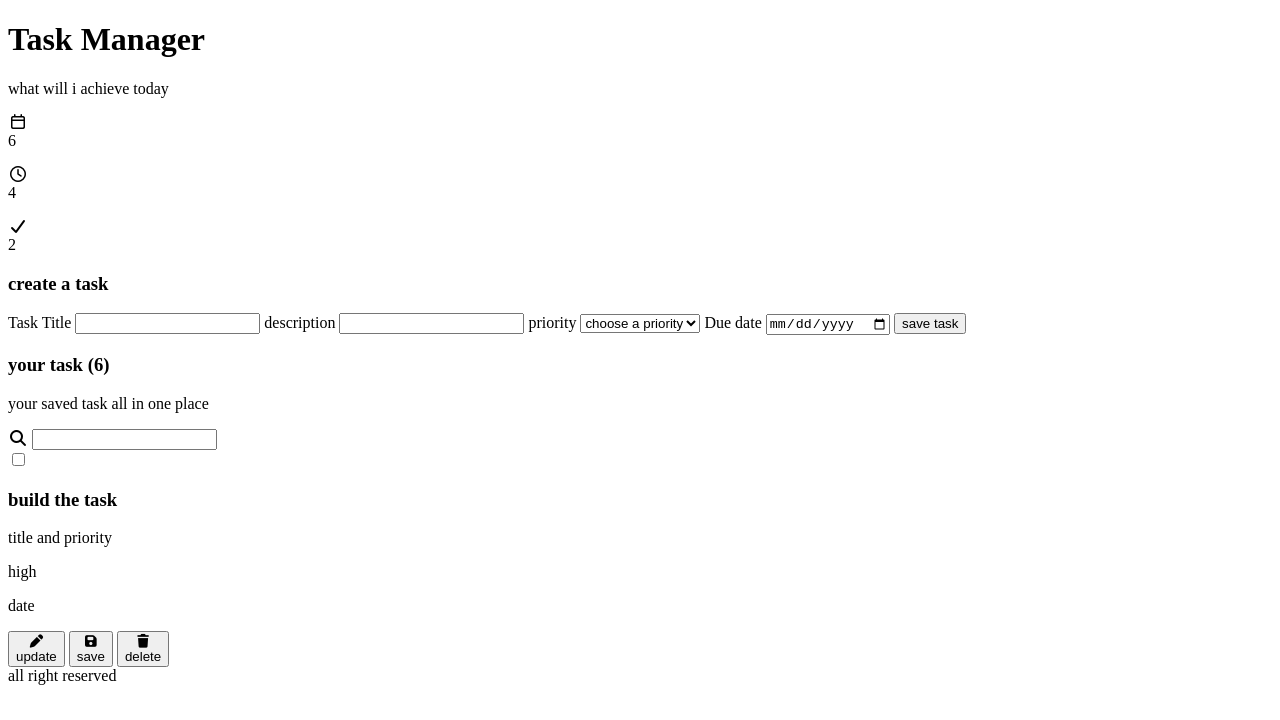
Repository: XDENTERTAINMENT/task-manager-groupwork
Page: index.html
An editor plug-in stored every save of this project. The page is shown before and after a run of saves, followed by the edit.
The browser window is 1280 px wide. The pictures show the whole page.

Above is the page before, as saved 2026-10-23 22:11:43.

### index.html
<!DOCTYPE html>
<html lang="en">
<head>
    <meta charset="UTF-8">
    <meta name="viewport" content="width=device-width, initial-scale=1.0">
    <title>Personal-Task-Manager</title>
    <link rel="stylesheet" href="https://cdnjs.cloudflare.com/ajax/libs/font-awesome/7.3.1/css/all.min.css" integrity="sha512-QeR2VH+lsBE5LSAe1Q5EnTBbe7XTBubt8dG93Y7gidSgdMCr8nVqKcfKAMyN96SV8KDbZVTDXChatu5G2KQGzg==" crossorigin="anonymous" referrerpolicy="no-referrer">
</head>
<body>

   <header>
    <h1>Task Manager</h1>
    <p>what will i achieve today</p>
   </header>
    <!-- the main -->
   <main>
    <section class="section1">
        <div>

        <p id="total-task"> <div><i class="fa-regular fa-calendar"></i></div>6</p>
        </div>

        <div>
        <p id="pending-task"> <div> <i class="fa-regular fa-clock"></i></div>4</p>
        </div>

        <div>
        <p  id="completed-task"> <div><i class="fa-solid fa-check"></i></div>2</p>
        </div>
    </section>



    <!-- section 2 -->
    <section  class="section2">

        <!-- the create task section -->
      <div class="create-task">

          <div>
            <h3>create a task</h3>
        </div>
       <form action="submit">

           <label for="title">
             Task Title
            <input type="text"  id="title-input">
           </label>


           <label for="description">
                   description
            <input type="text"  id="description-input">
           </label>

           <label for="priority">

            priority
             <select name="" id="">
                <option value="">choose a priority</option>
                <option value=""> High</option>
                <option value=""> Medium</option>
                <option value="">  low</option>
             </select>
           </label>

           <label for="date">
            Due date
            <input type="date">
           </label>

     <button class="form-button"> save task</button>
       </form>
    <div>




      <!-- task mapping -->

        <div class="task-mapping">

              <h3> your task (6)</h3>
        <p> your saved task all in one place</p>
        <div>
            <i class="fa-solid fa-magnifying-glass"></i>
            <input  type="search">
        </div>



        <!-- the card -->
         <div class="card">
            <input type="checkbox">
            <div>

                <h3> build the task</h3>
                <p>title and priority</p>
                <p id="priority"> high</p></div>
                <p> date</p>


         </div>
<!-- the inline editing -->
         <div>
            <button><div><i class="fa-solid fa-pen"></i></div>update</button>
            <button  class="save"> <div><i class="fa-solid fa-floppy-disk"></i></div>save</button>
            <button class="delete"> <div><i class="fa-solid fa-trash"></i></div>delete</button>

         </div>

        </div>



</div>

    </section>
   </main>

   <!-- the footer -->
   <footer>
    all right reserved
   </footer>
</body>
</html>

After the next 2 saves:
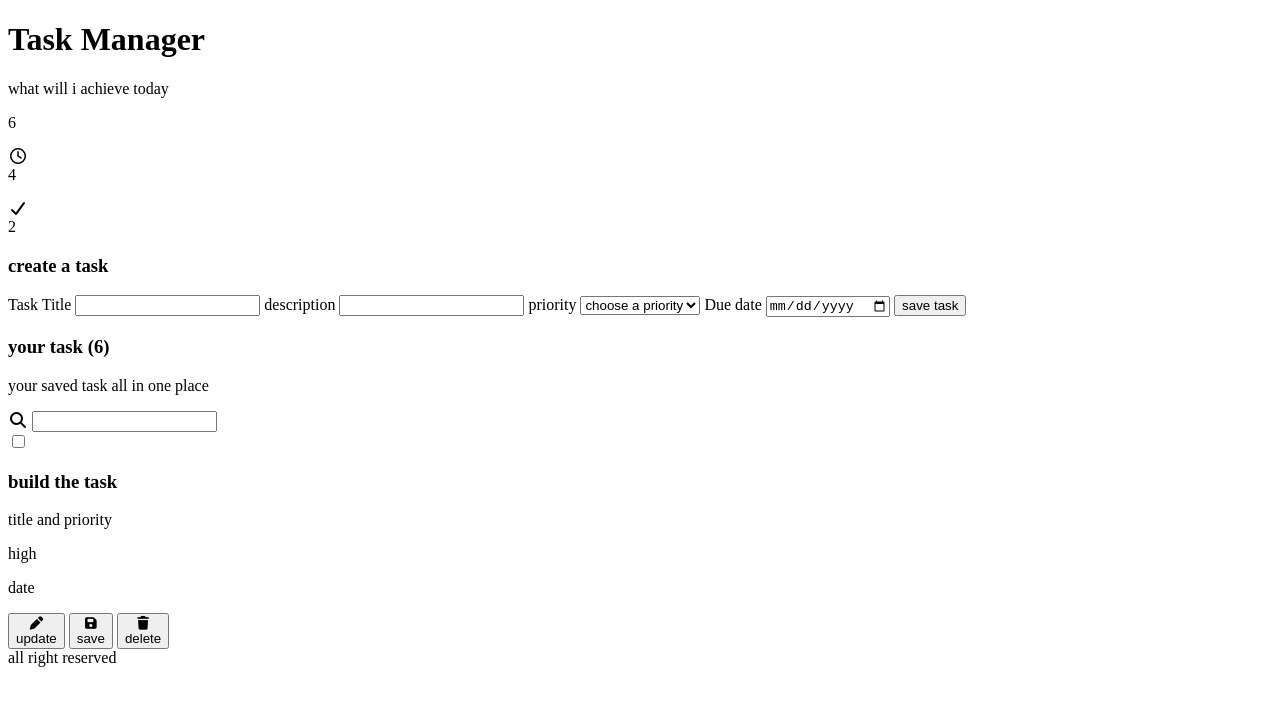
The 2 saves are shown as one change because they came seconds apart.
The last was saved 55 s later.
--- a/index.html
+++ b/index.html
@@ -17,7 +17,7 @@
     <section class="section1">
         <div>
 
-        <p id="total-task"> <div><i class="fa-regular fa-calendar"></i></div>6</p>
+        <p id="total-task">6</p>
         </div>
 
         <div>
